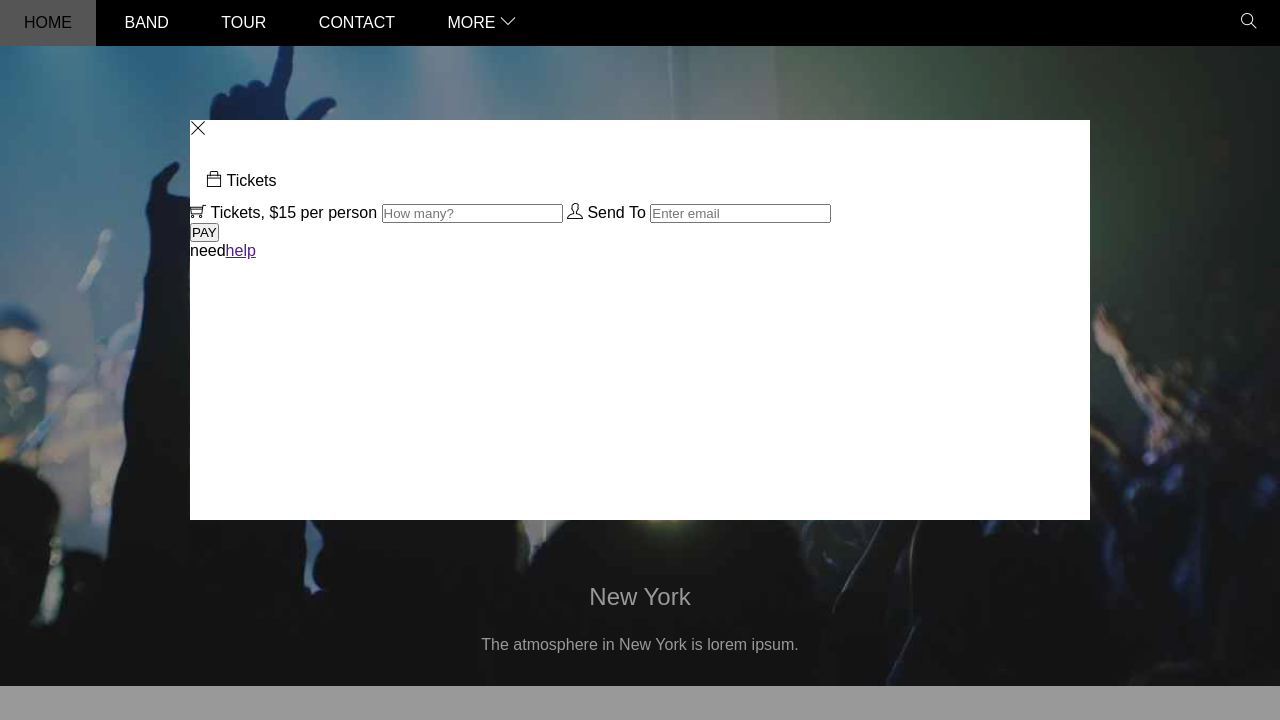
Repository: tung1233hhhhhhhhhhhhh/Website
Page: w3_band/index.html
An editor plug-in stored every save of this project. The page is shown before and after the next save, followed by the edit.
The browser window is 1280 px wide. The pictures show the window.
A layer covers the whole window, so only the first screen is drawn.

Above is the page before, as saved 2023-02-18 21:18:55.

### w3_band/index.html
<!DOCTYPE html>
<html lang="en">

<head>
    <meta charset="UTF-8">
    <meta http-equiv="X-UA-Compatible" content="IE=edge">
    <meta name="viewport" content="width=device-width, initial-scale=1.0">
    <title>Document</title>
    <link rel="stylesheet" href="./assets/css/style.css">
    <link rel="stylesheet" href="/w3_band/assets/fonts/themify-icons/themify-icons.css">
    <link rel="stylesheet" href="./modal.js">
</head>

<body>
    <div id="main">
        <div id="header">
            <div id="nav">
                <ul>
                    <li><a href="">Home</a></li>
                    <li><a href="">Band</a></li>
                    <li><a href="">Tour</a></li>
                    <li><a href="">Contact</a></li>
                    <li class="icon">
                        <a href="">
                            More
                            <i class="ti-angle-down"></i>
                        </a>
                        <div class="subnav">
                            <ul>
                                <li><a href="">Merchandise</a></li>
                                <li><a href="">Extras</a></li>
                                <li><a href="">Media</a></li>
                            </ul>
                        </div>
                    </li>
                </ul>
                <div class="icon-search">
                    <i class="ti-search"></i>
                </div>
            </div>
        </div>

        <div id="slider">
            <div class="silder-content">
                <h2 class="silder-heading">New York</h2>
                <p class="silder-discreption">The atmosphere in New York is lorem ipsum.</p>
            </div>
        </div>

        <div id="content">
            <!-- about content -->
            <div class="content-selection">
                <h2 class="text-heading">THE BAND</h2>
                <p class="text-sub-heading">We love music</p>
                <p class="text-content">
                    We have created a fictional band website. Lorem ipsum dolor sit amet, consectetur adipiscing elit,
                    sed do eiusmod tempor incididunt ut labore et dolore magna aliqua. Ut enim ad minim veniam, quis
                    nostrud exercitation ullamco laboris nisi ut aliquip ex ea commodo consequat. Duis aute irure dolor
                    in reprehenderit in voluptate velit esse cillum dolore eu fugiat nulla pariatur. Excepteur sint
                    occaecat cupidatat non proident, sunt in culpa qui officia deserunt mollit anim id est laborum
                    consectetur adipiscing elit, sed do eiusmod tempor incididunt ut labore et dolore magna aliqua. Ut
                    enim ad minim veniam, quis nostrud exercitation ullamco laboris nisi ut aliquip ex ea commodo
                    consequat.
                </p>
                <!-- img -->
                <div class="team-selection">
                    <div class="sub-selection">
                        <p class="text-selection">Team</p>
                        <img src="/w3_band/assets/img/name.jpg" alt="" class="img-selection">
                    </div>

                    <div class="sub-selection">
                        <p class="text-selection">Team</p>
                        <img src="/w3_band/assets/img/name.jpg" alt="" class="img-selection">
                    </div>

                    <div class="sub-selection">
                        <p class="text-selection">Team</p>
                        <img src="/w3_band/assets/img/name.jpg" alt="" class="img-selection">
                    </div>
                </div>
            </div>

            <!-- tour content -->

            <div class="content-tour">
                <div class="tour-body">
                    <div class="content-selection">
                        <h2 class="text-heading">TOUR DATES</h2>
                        <p class="text-sub-heading">Remember to book your tickets!</p>
                    </div>

                    <ul class="tour-text">
                        <li>
                            September
                            <span>Sold out</span>
                        </li>
                        <li>
                            October
                            <span>Sold out</span>
                        </li>
                        <li>
                            November
                            <span class="number">3</span>
                        </li>
                    </ul>

                    <div class="tour-list">
                        <div class="tourimg-selection">
                            <img src="/w3_band/assets/img/anh1.jpg" alt="">
                            <div class="container">
                                <p>
                                    <b>New York</b>
                                </p>
                                <p style="opacity: 0.6;">Fri 27 Nov 2016</p>
                                <p>Praesent tincidunt sed tellus ut rutrum sed vitae justo.</p>
                                <button> Buy Tickets</button>
                            </div>


                        </div>
                        <div class="tourimg-selection">
                            <img src="/w3_band/assets/img/anh2.jpg" alt="">
                            <div class="container">
                                <p>
                                    <b>Paris</b>
                                </p>
                                <p style="opacity: 0.6;">Sat 28 Nov 2016</p>
                                <p>Praesent tincidunt sed tellus ut rutrum sed vitae justo.</p>
                                <button> Buy Tickets</button>
                            </div>
                        </div>
                        <div class="tourimg-selection">
                            <img src="/w3_band/assets/img/anh3.jpg" alt="">
                            <div class="container">
                                <p>
                                    <b>San Francisco</b>
                                </p>
                                <p style="opacity: 0.6;">Sun 29 Nov 2016</p>
                                <p>Praesent tincidunt sed tellus ut rutrum sed vitae justo.</p>
                                <button> Buy Tickets</button>
                            </div>
                        </div>
                    </div>
                </div>
            </div>

            <!-- contact content -->

            <div class="contact-content">
                <div class="content-selection">
                    <h2 class="text-heading">CONTACT</h2>
                    <p class="text-sub-heading">Fan? Drop a note!</p>
                    <div class="contact">
                        <div class="contact-left">
                            <i class="ti-location-pin"></i>
                            Chicago, US
                            <br>
                            <i class="ti-mobile"></i>
                            Phone: +00 151515
                            <br>
                            <i class="ti-email"></i>
                            Email: mail@mail.com
                        </div>
                        <div class="contact-right">
                            <form action="">
                                <div class="account">
                                    <input type="text" placeholder="Name">
                                    <input type="text" placeholder="Email">
                                </div>
                                <input class="mes" type="text" placeholder="Message">
                                <button>SEND</button>
                            </form>
                        </div>
                    </div>
                </div>

            </div>

            <!-- image of location/map -->

            <div class="banner-image">
                <img src="/w3_band/assets/img/map.jpg" alt="">

            </div>


        </div>

        <div id="footer">
            <i class="ti-facebook"></i>
            <i class="ti-instagram"></i>
            <i class="ti-vimeo-alt"></i>
            <i class="ti-pinterest"></i>
            <i class="ti-twitter-alt"></i>
            <i class="ti-linkedin"></i>
            <p>Powered by <a href="">w3.css</a></p>
        </div>
    </div>
    <div class="modal">
        <div class="modal-container">
            <div class="modal-close">
                <i class="ti-close"></i>
            </div>
            <header>
                <i class="ti-bag"></i>
                Tickets

            </header>
            <div class="modal-body">
                <label for="" class="modal-lable">
                    <i class="ti-shopping-cart"></i>
                    Tickets, $15 per person
                </label>
                <input type="text" class="input-lable" placeholder="How many?">
                <label for="" class="modal-lable">
                    <i class="ti-user"></i>
                    Send To
                </label>
                <input type="text" class="input-lable" placeholder="Enter email">
            </div>
            <button class="modal-button">PAY</button>
            <p>need<a href="">help</a></p>

        </div>
    </div>


</body>

</html>

### w3_band/assets/css/style.css
* {
    padding: 0;
    margin: 0;
    box-sizing: border-box;
}

html {
    font-family: Arial, Helvetica, sans-serif;
}

#main {}

#header {
    height: 46px;
    background-color: #000;
    position: fixed;
    top: 0;
    right: 0;
    left: 0;
    z-index: 1;
}

#nav li {
    display: inline-block;
    position: relative;
}

#nav li:hover .subnav {
    display: block;
}

#nav>ul>li:hover>a>i,
#nav .subnav li:hover,
#nav>ul>li:hover>a {
    color: #000;
    background-color: #555;
}

#nav .subnav {
    display: none;
    position: absolute;
    background-color: #FFF;
    box-shadow: 0 0 20px rgba(0, 0, 0, 0.4);
}

#nav .subnav a {
    color: #000;
    padding: 0 12px;
    line-height: 38px;
}

#nav .subnav ul li {
    display: block;
    min-width: 150px;
}

#nav>ul>li>a {
    color: #fff;
    text-transform: uppercase;
}

#nav ul {
    display: inline-block;
}

#nav li a {
    text-decoration: none;
    line-height: 46px;
    padding: 0 24px;
    display: block;
}

#nav i {
    color: #fff;
    width: 20px;
}

#header .icon-search {
    display: block;
    float: right;
    line-height: 46px;
    padding: 0 23px;
}

#header .icon-search:hover {
    cursor: pointer;
    background-color: #f44336;
}

#slider {
    margin-top: 46px;
    padding-top: 50%;
    background: url(/w3_band/assets/img/ny.jpg) top center / cover no-repeat;
    position: relative;
}

.silder-content {
    position: absolute;
    bottom: 0;
    color: #fff;
    padding-bottom: 32px;
    text-align: center;
    width: 100%;
}

.silder-heading {
    font-weight: 500;
}

.silder-discreption {
    margin-top: 25px;
}

#content {}

#content .content-selection {
    padding: 64px 0px;
    margin-left: auto;
    margin-right: auto;
    width: 800px;
}

#content .content-selection .text-heading {
    text-align: center;
    font-size: 30px;
    font-weight: 500;
    letter-spacing: 4px;
}

#content .content-selection .text-sub-heading {
    text-align: center;
    font-size: 15px;
    margin-top: 25px;
    opacity: 0.6;
    font-style: italic;
}

#content .content-selection .text-content {
    font-size: 15px;
    margin-top: 25px;
    text-align: justify;
    line-height: 1.4;
}

#content .content-selection .team-selection {
    padding-top: 47px;
    padding-bottom: 32px;
    justify-items: space-between;
}

#content .team-selection .sub-selection {
    display: inline-block;
    text-align: center;
}

#content .sub-selection p {
    margin: 15px 0;
}



#content .team-selection .img-selection {
    width: 60%;
    border-radius: 4px;
    margin-bottom: 16px;
}

/* tour content  */


#content .content-tour {
    height: 850px;
    background-color: #000;
    color: #fff;
}

#content .content-tour .tour-body {
    width: 800px;
    margin-left: auto;
    margin-right: auto;
}

#content .content-tour .tour-text {
    background-color: #FFF;
    display: block;
    color: #000;
}

#content .tour-text>li {
    height: 22, 5px;
    padding: 8px 16px;
    list-style: none;
}

#content .tour-text>li:first-child {
    border-bottom: 1px solid #999;
}

#content .tour-text>li:last-child {
    border-top: 1px solid #999;
}

#content .tour-text span {
    /* border-radius: 4px; */
    display: inline-block;
    background-color: red;
    padding: 4px;
    margin-left: 4px;
    color: #fff;
}

#content .tour-text .number {
    /* margin-left: 50px; */
    background-color: black;
    float: right;
    border-radius: 50%;
    margin-top: -3px;
}

#content .tour-list {
    padding: 32px 0;
    right: 0;
    left: 0;
    margin: 0 -8px;
    position: relative;
}

#content .tourimg-selection {
    width: 33.33333%;
    float: left;
    padding: 0 8px;
    justify-content: space-between;
}

#content .tourimg-selection .container {
    /* text-align: center; */
    background-color: #fff;
    color: #000;
    height: 204px;
    padding-left: 16px;
    font-size: 15px;
    line-height: 1.5;
    margin-top: -4px;
    margin-bottom: 15px;
}



#content .tourimg-selection .container>p {
    padding-top: 15px;
}

#content .tourimg-selection .container button {
    color: #fff;
    background-color: #000;
    margin-top: 15px;
    text-align: center;
    cursor: pointer;
    white-space: nowrap;
    border: none;
    display: inline-block;
    padding: 8px 16px;
    vertical-align: middle;
    overflow: hidden;
    text-decoration: none;
}

#content .container button:hover {
    background-color: #ccc;
    color: #000;
}

#content .tourimg-selection img {
    width: 100%;
    background-image: cover;
}

/* contact content */


#content .contact-content {
    padding: 45px 0;
}

#content .contact {
    padding-top: 47px;
    padding-bottom: 32px;
}

#content .contact .contact-left {
    width: 49%;
    display: inline-block;
    font-size: 18px;
}

#content .contact .contact-left i {
    display: inline-block;
    font-size: inherit;
    width: 30px;
    line-height: 1.5;
}

#content .contact .contact-right {
    width: 49%;
    /* display: inline-block; */
    float: right;
}


.contact .contact-right form {
    width: 400px;
    position: relative;
    display: inline-block
}

.contact .contact-right form .account {
    margin-bottom: 10px;
}

.contact .contact-right .account input {
    padding: 8px;
    margin-right: 16px;
}

.contact .contact-right form .mes {
    width: 95.7%;
    padding: 8px;
}

.contact .contact-right form button {
    /* position: absolute; */
    margin: 16px 0;
    padding: 8px 16px;
    margin-left: 309px;
    background-color: black;
    color: #fff;
}

.contact .contact-right form button:hover {
    cursor: pointer;
    background-color: #ccc;
    color: black;
    border: none;
}

/* image of location/map */

.banner-image img {
    width: 100%;
    filter: grayscale(50%);
}

#content {}


#footer {
    padding: 64px 16px;
    text-align: center;
    justify-content: center;
    opacity: 0.6;
}

#footer p {
    margin: 30px 0;
    display: block;
    font-size: 15px;
}

#footer i {
    font-size: 25px;

    display: inline-block;
    text-rendering: auto;
}


.modal {
    position: fixed;
    top: 0;
    left: 0;
    right: 0;
    bottom: 0;

    background-color: rgba(0, 0, 0, 0.4);
}

.modal .modal-container {
    width: 900px;
    height: 400px;
    background-color: #FFF;
    margin: 0 auto;
    transform: translateY(30%);
    position: relative;
}

/* .modal .modal-container .modal-close {
    position: absolute;
} */

.modal header {
    width: 100%;
    height: 45px;
    padding: 32px 16px;

}

Loaded but not shown: w3_band/assets/fonts/themify-icons/themify-icons.css (common file); w3_band/modal.js (no stored copy; drawn as an empty file)

After the next save:
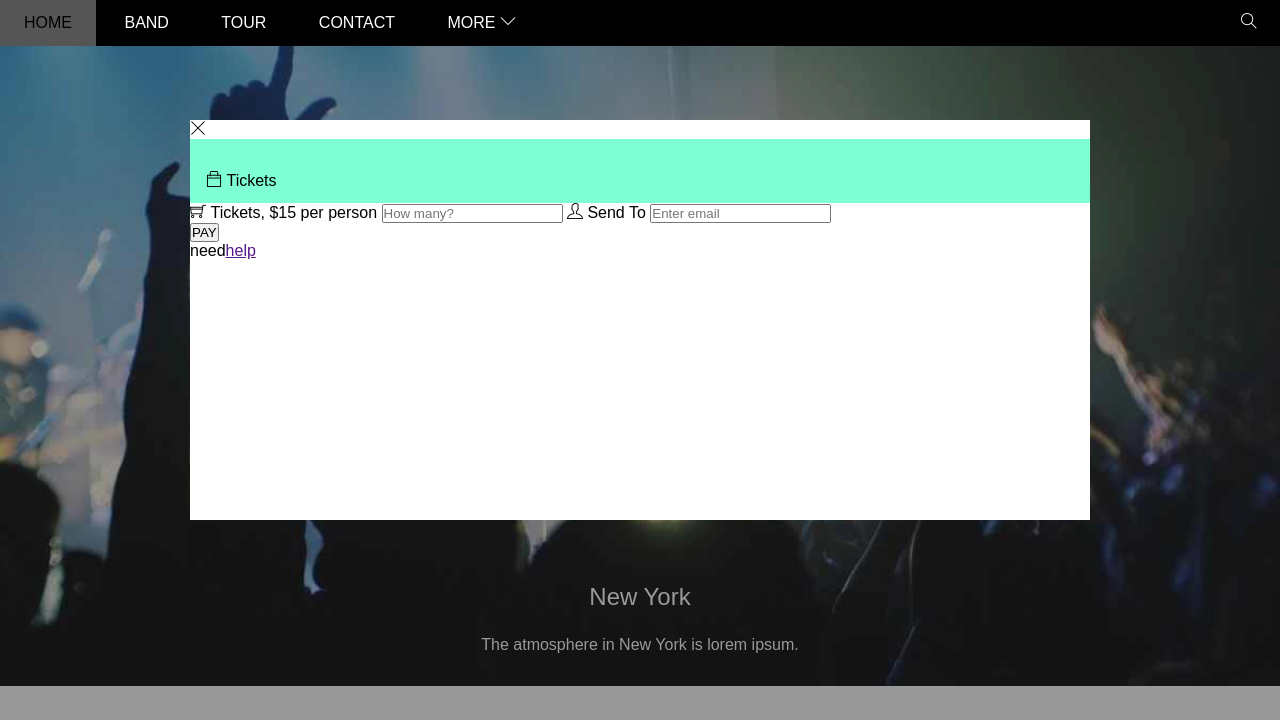
Saved 12 s later.
--- a/w3_band/assets/css/style.css
+++ b/w3_band/assets/css/style.css
@@ -401,5 +401,6 @@
     width: 100%;
     height: 45px;
     padding: 32px 16px;
-
-}
+    background-color: aquamarine;
+
+}
